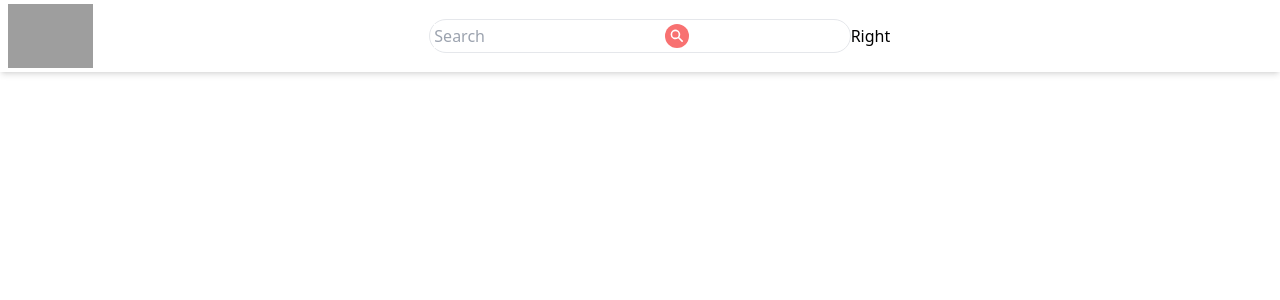
Repository: BroDudeeee/Airbnb-Clone
Page: /
These files come from the project's save history. The page is drawn as it stood at one moment and after the next save; the edit follows.
The browser window is 1280 px wide. The pictures show the whole page.
Pictures or frames that could not be fetched are drawn as grey boxes. The project was rebuilt for these pictures with package versions that can differ from the ones it lists, and the page was loaded fresh each time. The framework's server and built-in components were replaced by stand-ins that run in the browser. Also part of the build but not shown: next.config.js.

Above is the page before, as saved 2022-06-20 19:39:56.

After the next save:
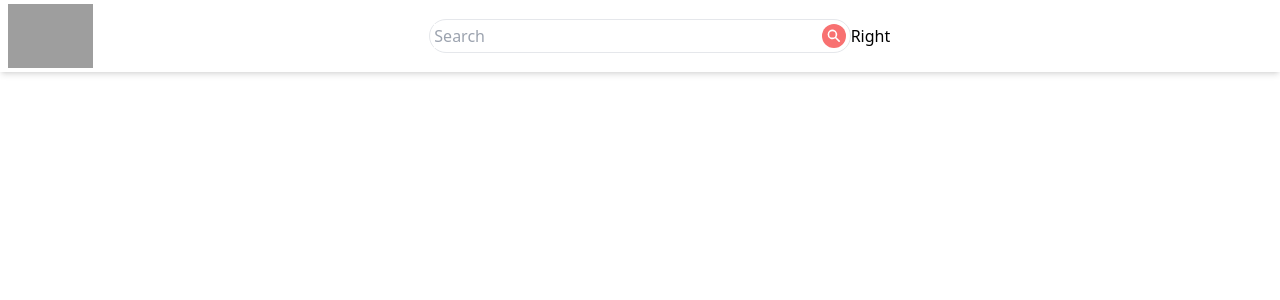
Saved 37 s later.
--- a/components/Header.js
+++ b/components/Header.js
@@ -19,6 +19,7 @@ const Header = () => {
         <input
           type="text"
           placeholder='Search'
+          className='flex-grow'
         />
         <SearchIcon
           className='h-6 bg-red-400 text-white p-1 rounded-full'
